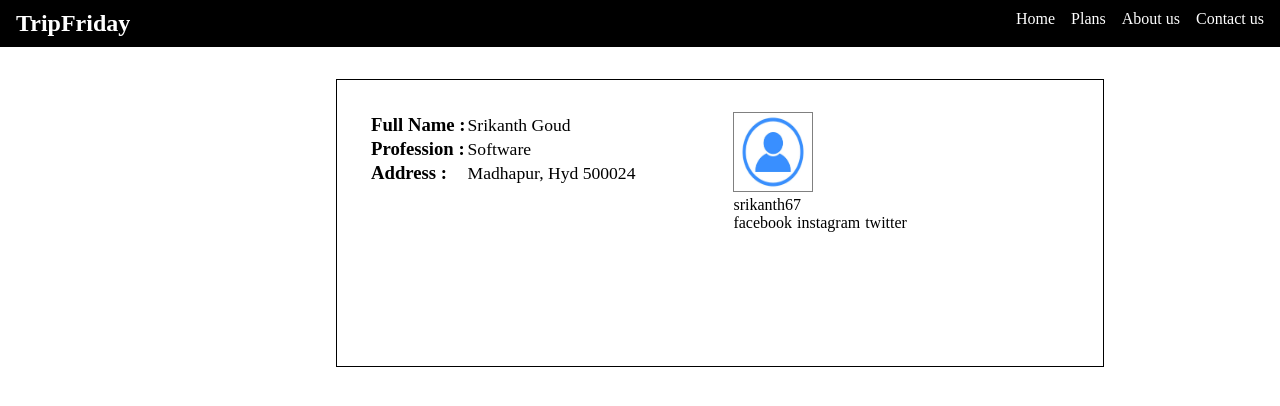
Repository: suraj-yadav7/userprofile
Page: /userdetails
An editor plug-in stored every save of this project. The page is shown before and after the next save, followed by the edit.
The browser window is 1280 px wide. The pictures show the whole page.
The project was rebuilt for these pictures with package versions that can differ from the ones it lists, and the page was loaded fresh each time. Also part of the build but not shown: src/components/UserProfile.jsx.

Above is the page before, as saved 2023-05-04 11:52:33.

After the next save:
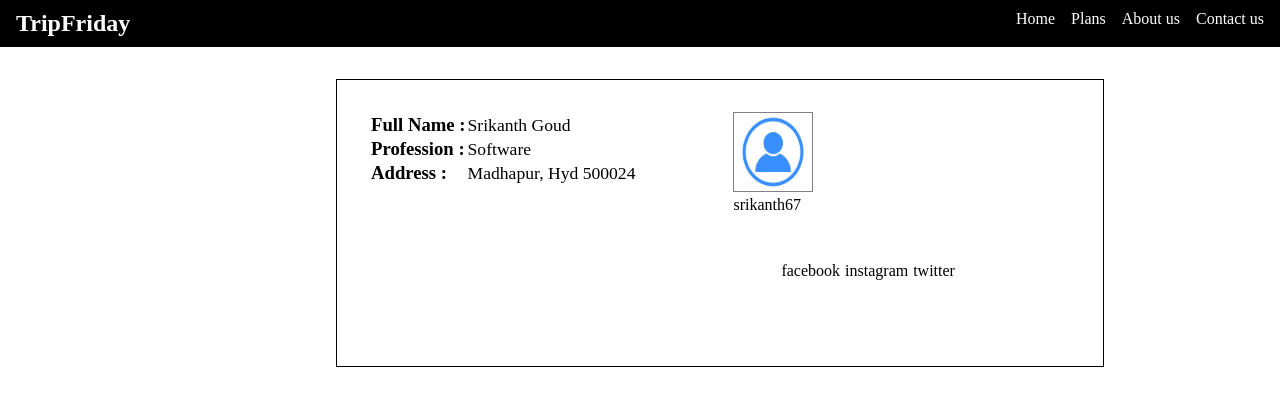
Saved 36 s later.
--- a/src/assests/userDetails.scss
+++ b/src/assests/userDetails.scss
@@ -23,6 +23,7 @@
     }
 
     >div{
+        margin: 3rem;
         display: flex;
         gap: 5px;
         align-items: center;
